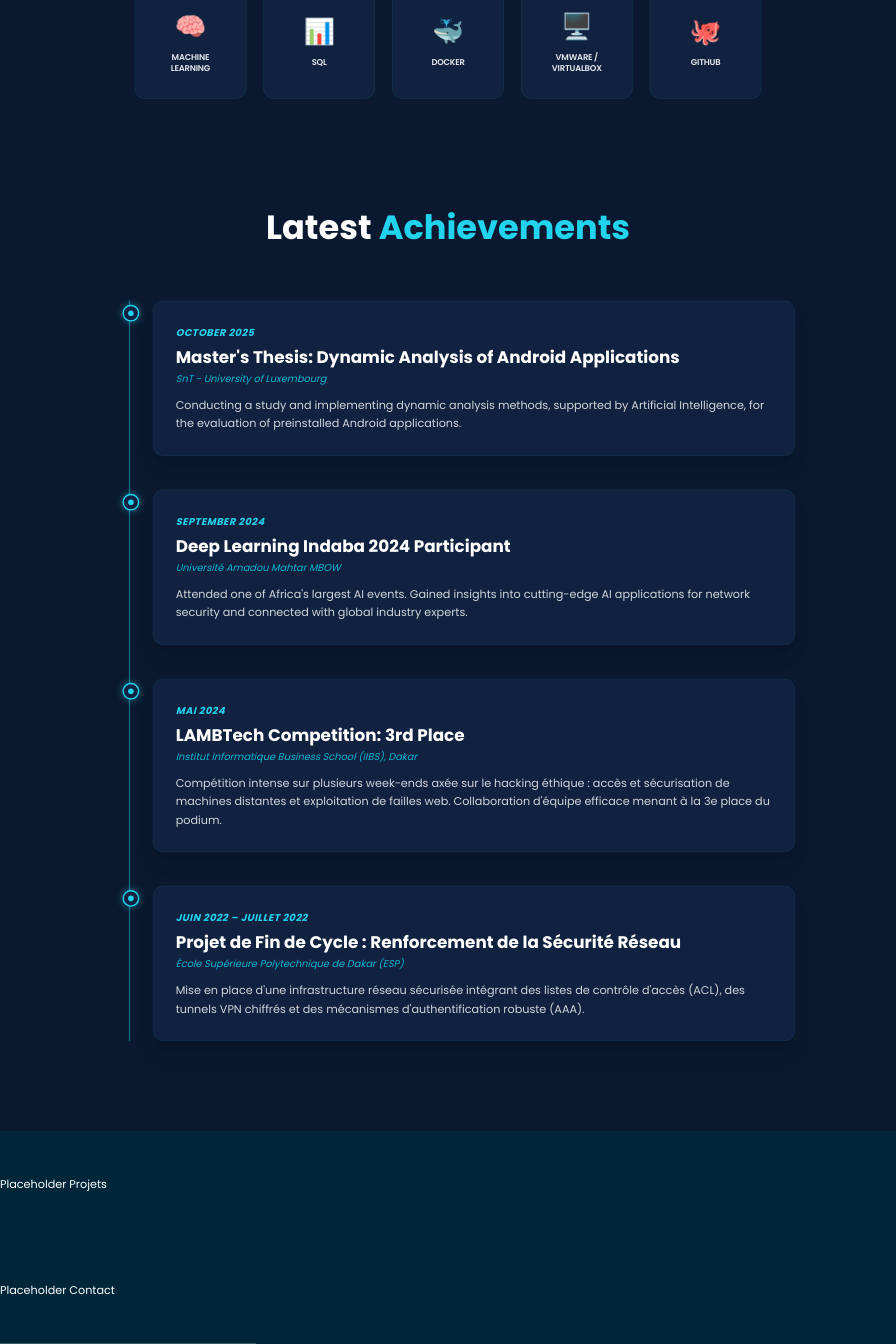
Repository: AntaaaKD/Mon-Portfolio
Page: /
An editor plug-in stored every save of this project. The page is shown before and after the next save, followed by the edit.
The browser window is 1280 px wide. The pictures show the part of the page from y = 2678 to 4598 px (the page is 4598 px tall before and 4572 px after), at 70% of full size.
The project was rebuilt for these pictures with package versions that can differ from the ones it lists, and the page was loaded fresh each time.

Above is the page before, as saved 2026-01-14 23:57:33.

After the next save:
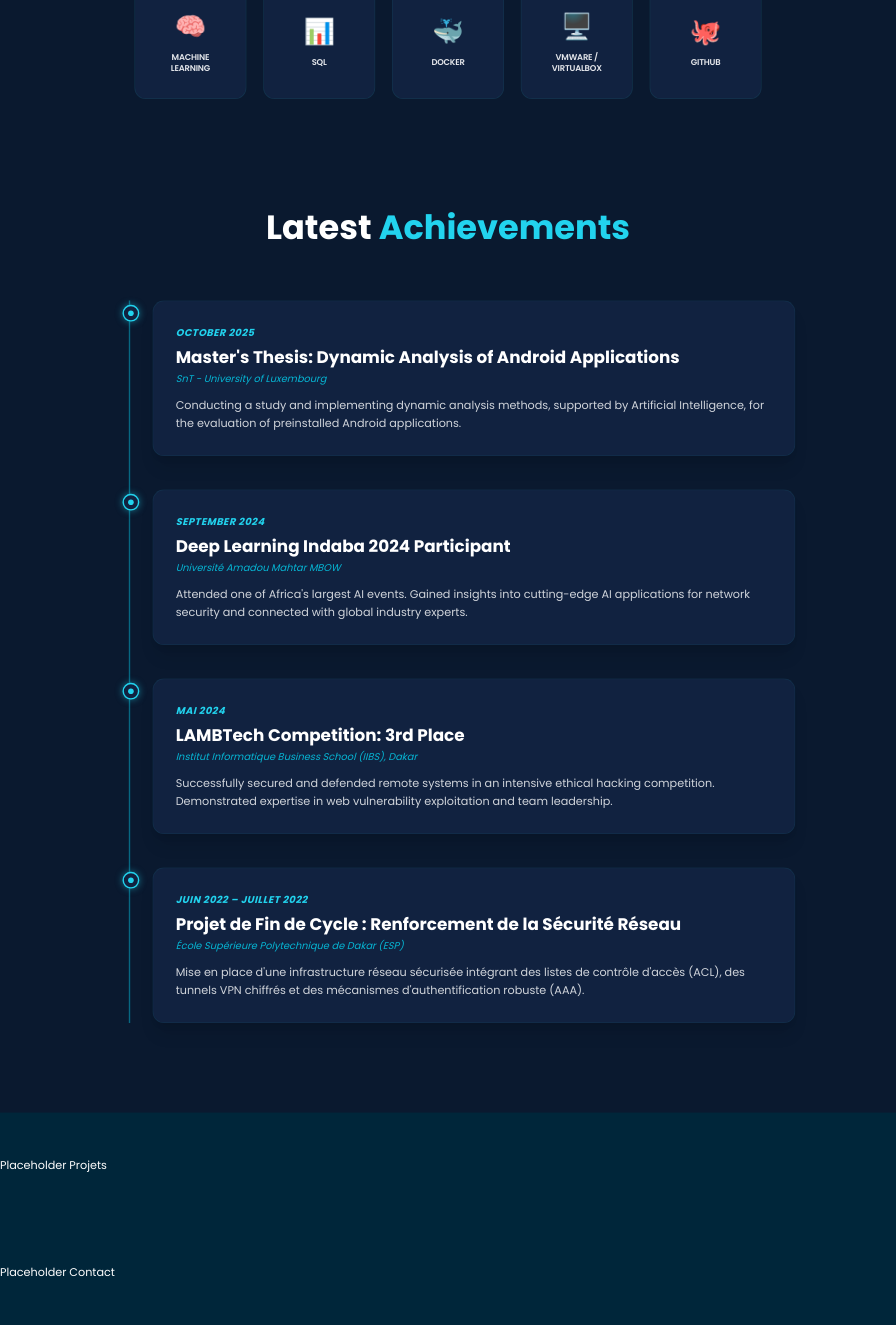
Saved 40 s later.
--- a/src/components/Achievements.jsx
+++ b/src/components/Achievements.jsx
@@ -18,7 +18,7 @@ const Achievements = () => {
       date: "Mai 2024",
       title: "LAMBTech Competition: 3rd Place",
       institution: "Institut Informatique Business School (IIBS), Dakar",
-      description: "Compétition intense sur plusieurs week-ends axée sur le hacking éthique : accès et sécurisation de machines distantes et exploitation de failles web. Collaboration d'équipe efficace menant à la 3e place du podium.",
+      description: "Successfully secured and defended remote systems in an intensive ethical hacking competition. Demonstrated expertise in web vulnerability exploitation and team leadership.",
     },
     {
       date: "Juin 2022 – Juillet 2022",
